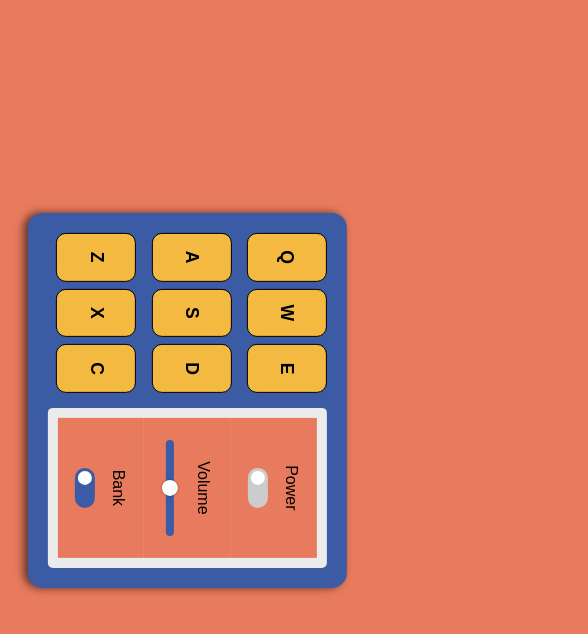
Repository: alfredoleano/drum-machine
Page: /
An editor plug-in stored every save of this project. The page is shown before and after the next save, followed by the edit.
The browser window is 375 px wide. The page is 375 px wide, then 588 px, so the pictures cover 588 px, including what lies to the right of the window. The pictures show the whole page.
The project was rebuilt for these pictures with package versions that can differ from the ones it lists, and the page was loaded fresh each time.

Above is the page before, as saved 2024-06-13 20:04:40.

After the next save:
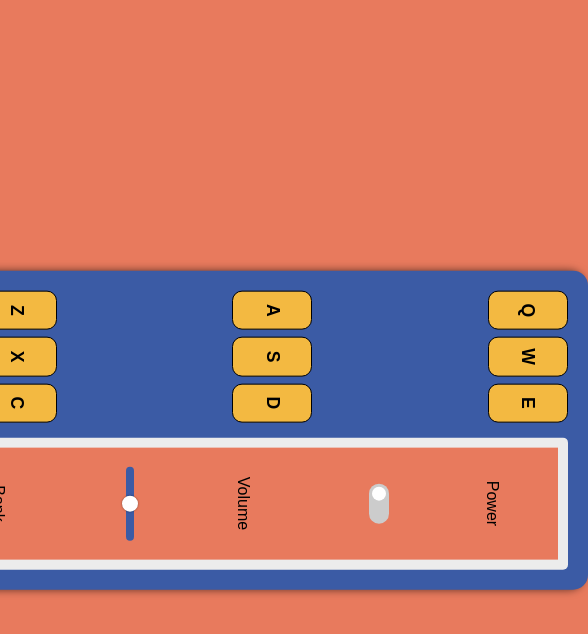
Saved 17 h 11 min later.
--- a/src/styles.scss
+++ b/src/styles.scss
@@ -237,22 +237,47 @@ input[type="range"]::-ms-track {
 
 /******************** Mobile Design **********************/
 @media screen and (max-width: 490px) {
+  // body {
+  //   display: flex;
+  //   justify-content: center;
+  //   align-items: center;
+  // }
+
+  // #drum-machine {
+  //   height: 100vh;
+  //   width: 100vw;
+  //   // background-color: pink;
+  // }
+
+  // #display {
+  //   width: 700px;
+  //   height: 85vw;
+  //   transform: rotate(90deg);
+  //   transform-origin: center;
+  // }
+
   body {
     display: flex;
     justify-content: center;
     align-items: center;
+    overflow: hidden; /* Prevents scrollbars from appearing */
   }
 
   #drum-machine {
     height: 100vh;
     width: 100vw;
+    position: relative; /* Allows child absolute positioning */
     // background-color: pink;
   }
 
   #display {
-    width: 700px;
-    height: 85vw;
+    position: absolute;
+    width: 85vw;
+    height: 100vh;
     transform: rotate(90deg);
-    transform-origin: center;
+    transform-origin: center center;
+    left: 50%; /* Centers the element horizontally */
+    top: 50%;  /* Centers the element vertically */
+    transform: translate(-50%, -50%) rotate(90deg); /* Adjusts positioning and rotates */
   }
 }
